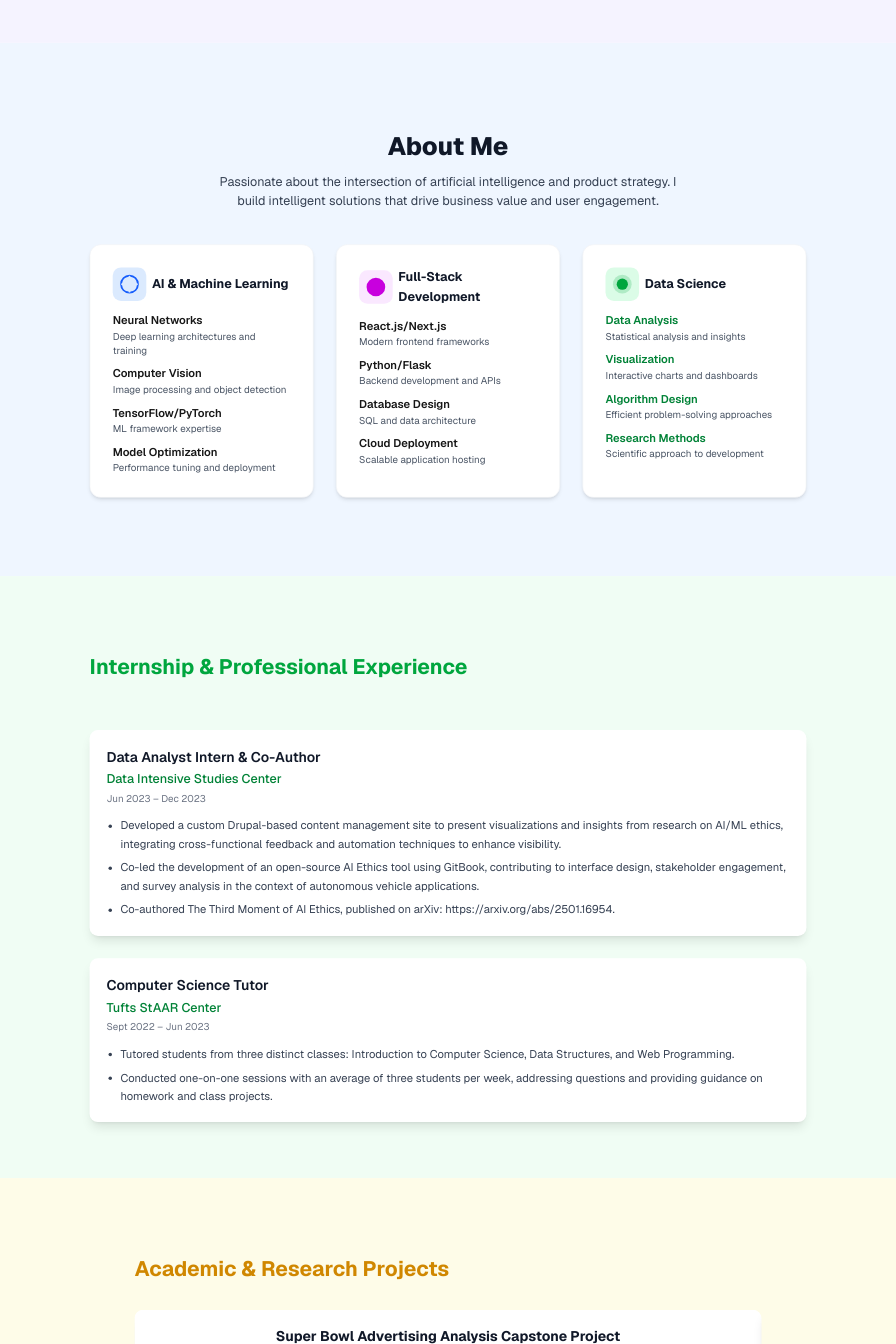
Repository: winniewyl/personal-portfolio
Page: /
The author's editor kept a copy of each file at every save. The page is drawn from the files as they stood at one save, then again after the next save.
The browser window is 1280 px wide. The pictures show the part of the page from y = 740 to 2660 px (the page is 4067 px tall before and 4025 px after), at 70% of full size.
The project was rebuilt for these pictures with package versions that can differ from the ones it lists, and the page was loaded fresh each time. The framework's server and built-in components were replaced by stand-ins that run in the browser. Also part of the build but not shown: next.config.ts.

Above is the page before, as saved 2025-07-29 18:35:25.

After the next save:
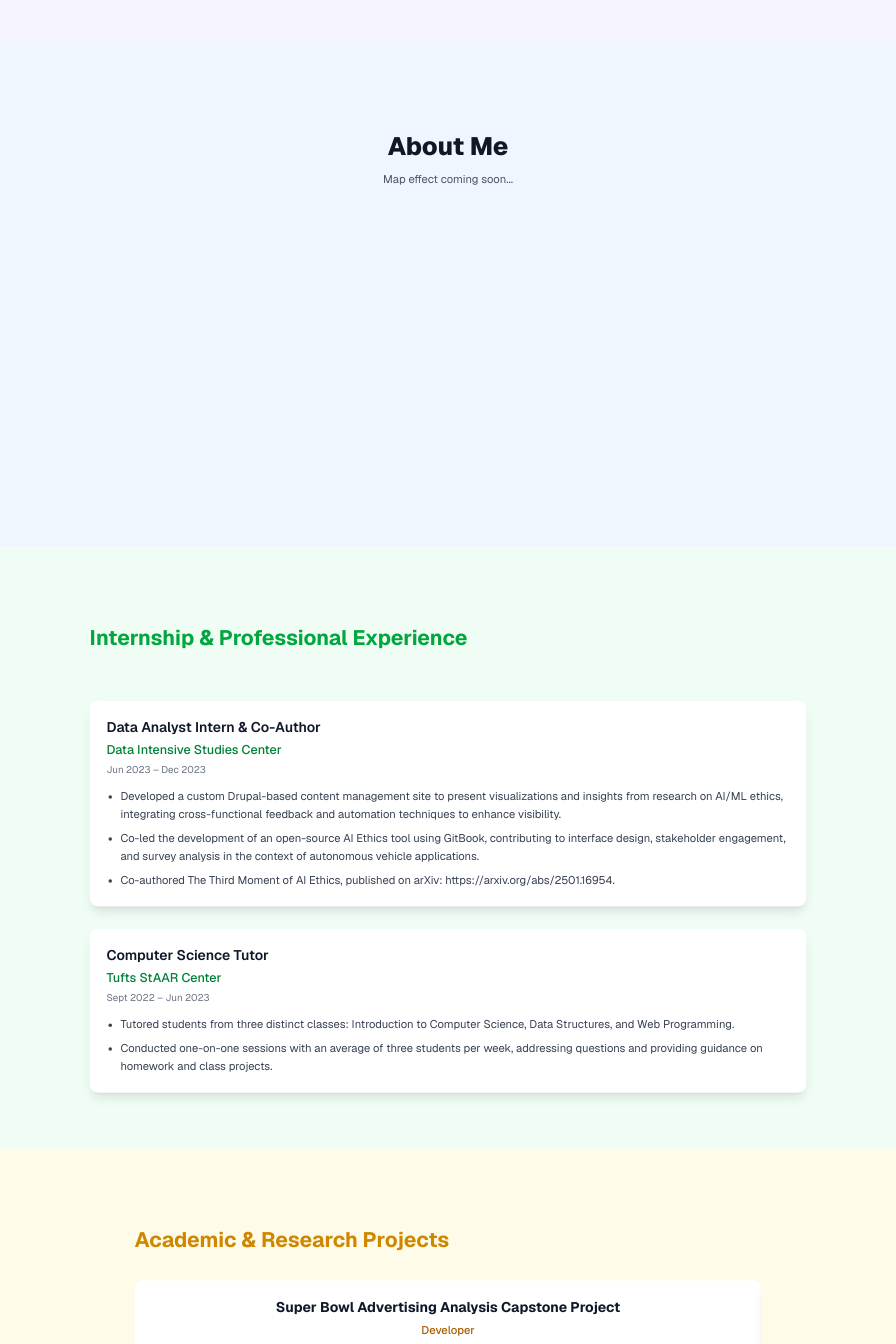
Saved 25 min 44 s later.
--- a/src/components/About.tsx
+++ b/src/components/About.tsx
@@ -1,116 +1,15 @@
 import React from 'react';
-
-const aboutData = [
-  {
-    icon: (
-      <span className="bg-blue-100 text-blue-600 rounded-xl p-2 mr-2">
-        {/* AI Icon */}
-        <svg width="32" height="32" fill="none" viewBox="0 0 24 24">
-          <path
-            fill="currentColor"
-            d="M12 2a10 10 0 100 20 10 10 0 000-20zm1 17.93V20a1 1 0 11-2 0v-.07A8.001 8.001 0 014.07 13H4a1 1 0 110-2h.07A8.001 8.001 0 0111 4.07V4a1 1 0 112 0v.07A8.001 8.001 0 0119.93 11H20a1 1 0 110 2h-.07A8.001 8.001 0 0113 19.93z"
-          ></path>
-        </svg>
-      </span>
-    ),
-    title: 'AI & Machine Learning',
-    skills: [
-      {
-        name: 'Neural Networks',
-        desc: 'Deep learning architectures and training',
-      },
-      {
-        name: 'Computer Vision',
-        desc: 'Image processing and object detection',
-      },
-      { name: 'TensorFlow/PyTorch', desc: 'ML framework expertise' },
-      { name: 'Model Optimization', desc: 'Performance tuning and deployment' },
-    ],
-    color: 'blue',
-  },
-  {
-    icon: (
-      <span className="bg-fuchsia-100 text-fuchsia-600 rounded-xl p-2 mr-2">
-        {/* Full-Stack Icon */}
-        <svg width="32" height="32" fill="none" viewBox="0 0 24 24">
-          <path
-            fill="currentColor"
-            d="M12 2a10 10 0 100 20 10 10 0 000-20zm-1 17.93V20a1 1 0 102 0v-.07A8.001 8.001 0 0020 13h.07a1 1 0 100-2H20a8.001 8.001 0 00-7-7.93V4a1 1 0 10-2 0v.07A8.001 8.001 0 004 11H3.93a1 1 0 100 2H4a8.001 8.001 0 007 7.93z"
-          ></path>
-        </svg>
-      </span>
-    ),
-    title: 'Full-Stack Development',
-    skills: [
-      { name: 'React.js/Next.js', desc: 'Modern frontend frameworks' },
-      { name: 'Python/Flask', desc: 'Backend development and APIs' },
-      { name: 'Database Design', desc: 'SQL and data architecture' },
-      { name: 'Cloud Deployment', desc: 'Scalable application hosting' },
-    ],
-    color: 'fuchsia',
-  },
-  {
-    icon: (
-      <span className="bg-green-100 text-green-600 rounded-xl p-2 mr-2">
-        {/* Data Science Icon */}
-        <svg width="32" height="32" fill="none" viewBox="0 0 24 24">
-          <circle cx="12" cy="12" r="10" fill="currentColor" opacity=".2" />
-          <circle cx="12" cy="12" r="6" fill="currentColor" />
-        </svg>
-      </span>
-    ),
-    title: 'Data Science',
-    skills: [
-      { name: 'Data Analysis', desc: 'Statistical analysis and insights' },
-      { name: 'Visualization', desc: 'Interactive charts and dashboards' },
-      {
-        name: 'Algorithm Design',
-        desc: 'Efficient problem-solving approaches',
-      },
-      { name: 'Research Methods', desc: 'Scientific approach to development' },
-    ],
-    color: 'green',
-  },
-];
 
 const About: React.FC = () => (
   <section className="w-full flex flex-col items-center">
     <h2 className="text-4xl font-extrabold text-center mb-4 mt-4 text-gray-900 dark:text-white">
       About Me
     </h2>
-    <p className="text-lg text-center text-gray-700 dark:text-gray-300 max-w-2xl mb-12">
-      Passionate about the intersection of artificial intelligence and product
-      strategy. I build intelligent solutions that drive business value and user
-      engagement.
-    </p>
-    <div className="w-full max-w-6xl flex flex-col md:flex-row gap-8 justify-center items-stretch">
-      {aboutData.map((card, idx) => (
-        <div
-          key={card.title}
-          className="flex-1 bg-white dark:bg-[#18181c] rounded-2xl shadow-md p-8 flex flex-col mb-4 md:mb-0 border border-gray-100 dark:border-gray-800 min-w-[260px] max-w-sm mx-auto"
-        >
-          <div className="flex items-center mb-4">
-            {card.icon}
-            <span className={`text-lg font-bold text-gray-900 dark:text-white`}>
-              {card.title}
-            </span>
-          </div>
-          <ul className="space-y-3">
-            {card.skills.map((skill) => (
-              <li key={skill.name} className="flex flex-col">
-                <span
-                  className={`font-semibold text-${card.color}-700 dark:text-${card.color}-400`}
-                >
-                  {skill.name}
-                </span>
-                <span className="text-gray-600 dark:text-gray-400 text-sm">
-                  {skill.desc}
-                </span>
-              </li>
-            ))}
-          </ul>
-        </div>
-      ))}
+    <div className="w-full max-w-6xl">
+      {/* Map effect will be added here */}
+      <div className="text-center text-gray-600 dark:text-gray-400">
+        Map effect coming soon...
+      </div>
     </div>
   </section>
 );
